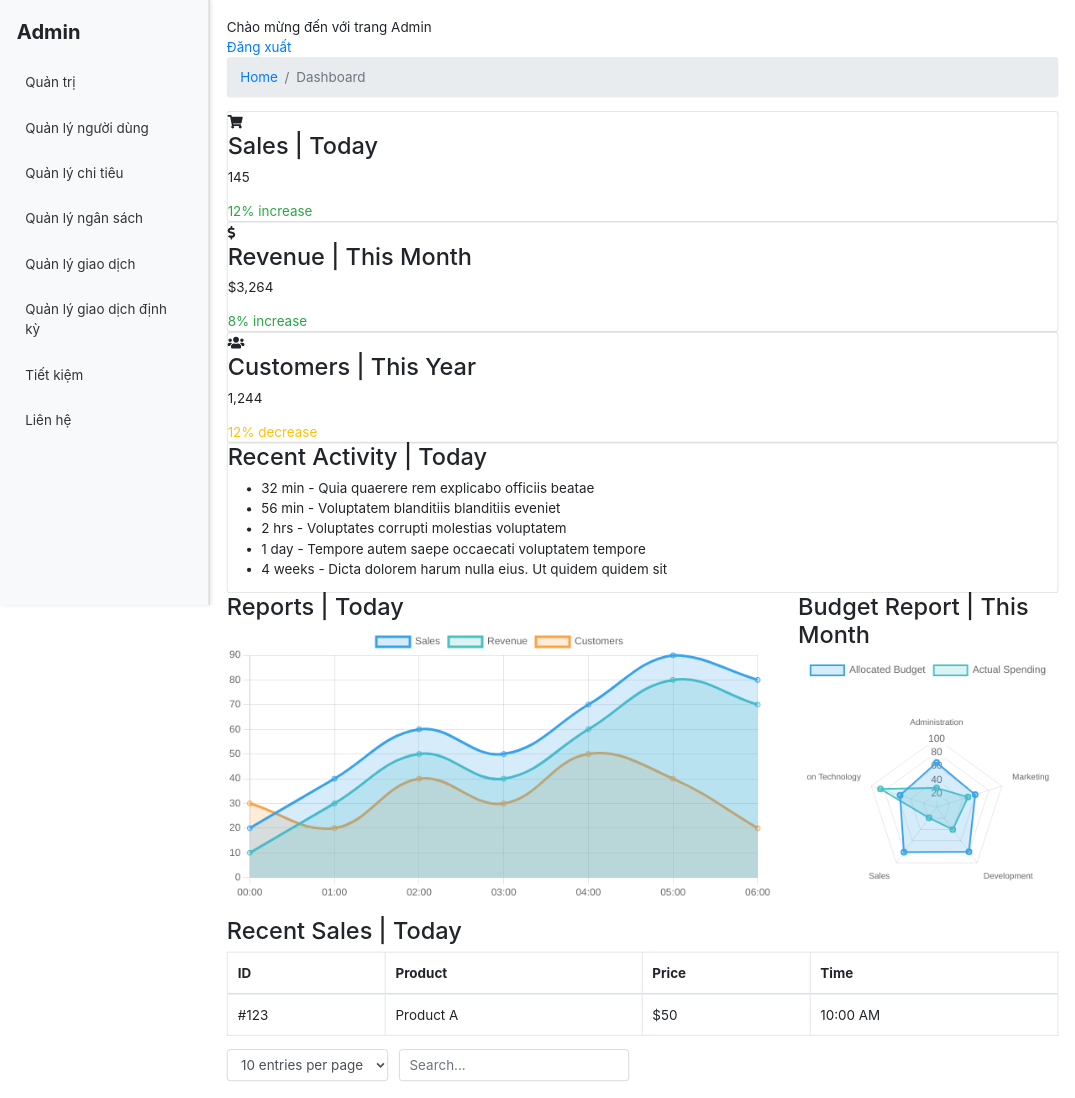
Repository: PhanVanHoa051204/Project3
Page: http://localhost/Project3/dashboard.jsp
An editor plug-in stored every save of this project. The page is shown before and after the next save, followed by the edit.
The browser window is 1280 px wide. The pictures show the whole page, at 84% of full size.
The page is served by Tomcat 9.

Above is the page before, as saved 2025-03-14 18:17:34.

After the next save:
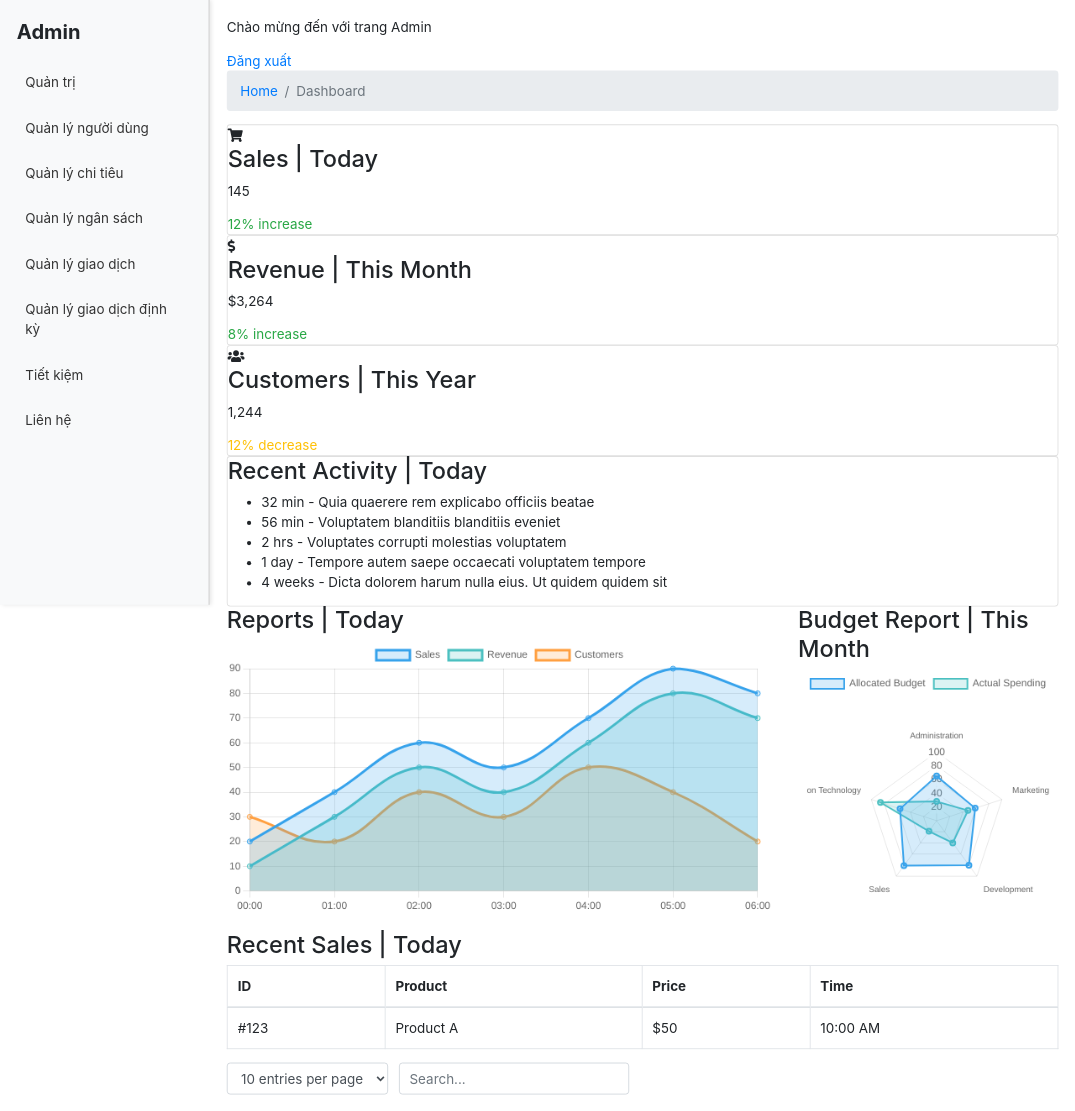
Saved 18 s later.
--- a/PhanVanHoa_2210900023_K22CNT1/Project3/src/main/webapp/dashboard.jsp
+++ b/PhanVanHoa_2210900023_K22CNT1/Project3/src/main/webapp/dashboard.jsp
@@ -33,7 +33,7 @@
         <!-- Main Content -->
         <div class="main-content">
             <header>
-            	<div class="">Chào mừng đến với trang Admin</div>
+            	<div class=""><p>Chào mừng đến với trang Admin</p></div>
                 <div class="submit-section">
                     <a href="login.jsp" class="logout-btn">Đăng xuất</a>
                 </div>
